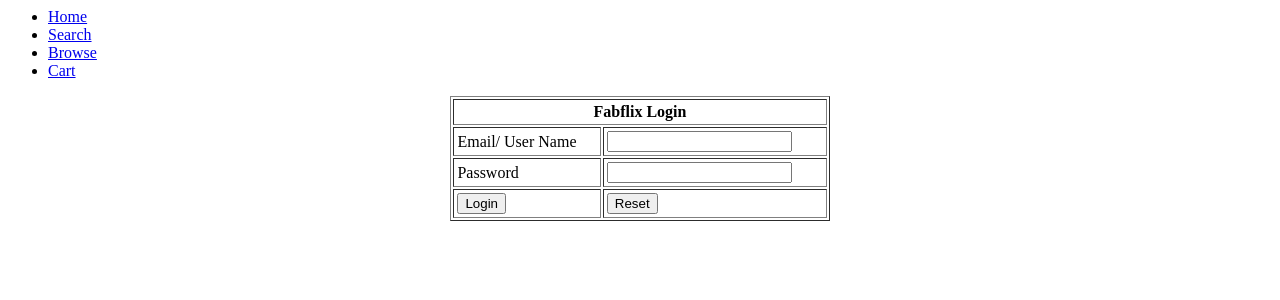
Repository: AndrewHarryKim/cs122B
Page: http://localhost/FabFlix/
The author's editor kept a copy of each file at every save. The page is drawn from the files as they stood at one save, then again after the next save.
The browser window is 1280 px wide. The pictures show the whole page.
The page is served by Tomcat 9.

Above is the page before, as saved 2016-04-22 01:03:31.

After the next save:
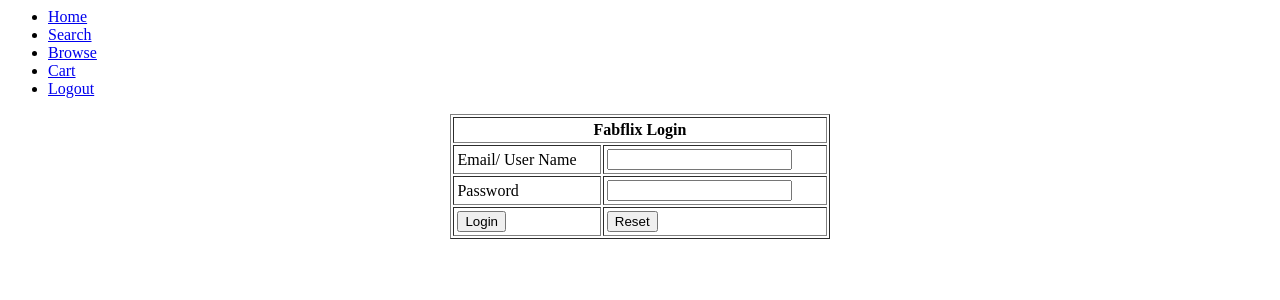
Saved 16 s later.
--- a/Site2/FabFlix/WebContent/WEB-INF/header.jsp
+++ b/Site2/FabFlix/WebContent/WEB-INF/header.jsp
@@ -6,6 +6,7 @@
 			<li><a href="/FabFlix/search">Search</a></li>
 			<li><a href="/FabFlix/Browse">Browse</a></li>
 			<li><a href="/FabFlix/Cart">Cart</a></li>
+			<li><a href="/FabFlix/Logout">Logout</a></li>
 		</ul>
 	</nav>
 </header>
